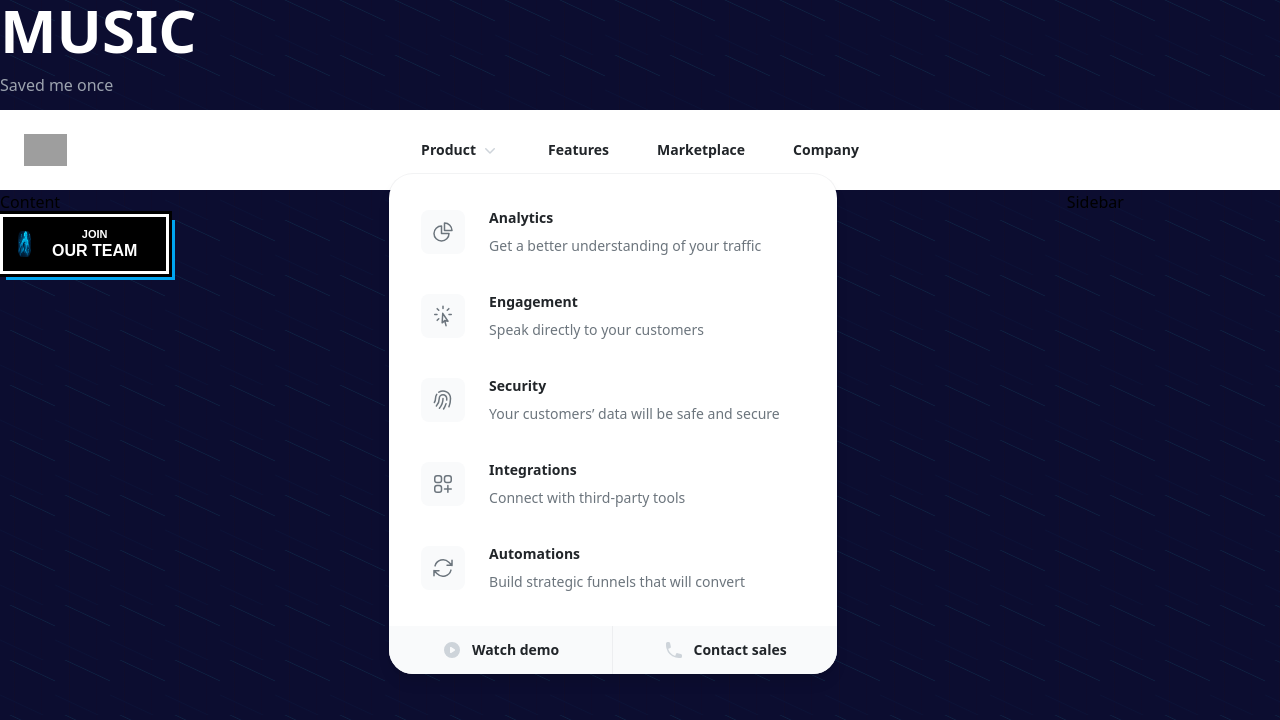
Repository: ItsMe-Pal/something
Page: index.html
The author's editor kept a copy of each file at every save. The page is drawn from the files as they stood at one save, then again after the next save.
The browser window is 1280 px wide. The pictures show the whole page.
Pictures or frames that could not be fetched are drawn as grey boxes. The style sheet was rebuilt from its Sass, Less or Tailwind sources for each picture, by a compiler version that may differ from the author's.

Above is the page before, as saved 2025-06-22 18:48:08.

### index.html
<!DOCTYPE html>
<html lang="en">
<head>
    <meta charset="UTF-8">
    <meta name="viewport" content="width=device-width, initial-scale=1.0">
    <title></title>

    <link rel="stylesheet" href="/manifest.json">

    <script src="https://cdn.jsdelivr.net/npm/@tailwindcss/browser@4"></script>
    <script src="https://code.jquery.com/jquery-3.7.1.js" integrity="sha256-eKhayi8LEQwp4NKxN+CfCh+3qOVUtJn3QNZ0TciWLP4=" crossorigin="anonymous"></script>

    <link rel="stylesheet" href="/styles/main.css">
</head>
<body>
    <div id="bg">

    <div class="relative flex gap-[2%] flex-wrap content-start">
        <div class="w-full h-[5%]">

                <span class="word1">MUSIC</span>
                <p class="word2">Saved me once</p>
                <header class="bg-white">
                    <nav class="mx-auto flex max-w-7xl items-center justify-between p-6 lg:px-8" aria-label="Global">
                      <div class="flex lg:flex-1">
                        <a href="#" class="-m-1.5 p-1.5">
                          <span class="sr-only">Your Company</span>
                          <img class="h-8 w-auto" src="https://tailwindcss.com/plus-assets/img/logos/mark.svg?color=indigo&shade=600" alt="" />
                        </a>
                      </div>
                      <div class="flex lg:hidden">
                        <button type="button" class="-m-2.5 inline-flex items-center justify-center rounded-md p-2.5 text-gray-700">
                          <span class="sr-only">Open main menu</span>
                          <svg class="size-6" fill="none" viewBox="0 0 24 24" stroke-width="1.5" stroke="currentColor" aria-hidden="true" data-slot="icon">
                            <path stroke-linecap="round" stroke-linejoin="round" d="M3.75 6.75h16.5M3.75 12h16.5m-16.5 5.25h16.5" />
                          </svg>
                        </button>
                      </div>
                      <div class="hidden lg:flex lg:gap-x-12">
                        <div class="relative">
                          <button type="button" class="flex items-center gap-x-1 text-sm/6 font-semibold text-gray-900" aria-expanded="false">
                            Product
                            <svg class="size-5 flex-none text-gray-400" viewBox="0 0 20 20" fill="currentColor" aria-hidden="true" data-slot="icon">
                              <path fill-rule="evenodd" d="M5.22 8.22a.75.75 0 0 1 1.06 0L10 11.94l3.72-3.72a.75.75 0 1 1 1.06 1.06l-4.25 4.25a.75.75 0 0 1-1.06 0L5.22 9.28a.75.75 0 0 1 0-1.06Z" clip-rule="evenodd" />
                            </svg>
                          </button>


                          <div class="absolute top-full -left-8 z-50 mt-3 w-screen max-w-md overflow-hidden rounded-3xl bg-white shadow-lg ring-1 ring-gray-900/5">
                            <div class="p-4">
                              <div class="group relative flex items-center gap-x-6 rounded-lg p-4 text-sm/6 hover:bg-gray-50">
                                <div class="flex size-11 flex-none items-center justify-center rounded-lg bg-gray-50 group-hover:bg-white">
                                  <svg class="size-6 text-gray-600 group-hover:text-indigo-600" fill="none" viewBox="0 0 24 24" stroke-width="1.5" stroke="currentColor" aria-hidden="true" data-slot="icon">
                                    <path stroke-linecap="round" stroke-linejoin="round" d="M10.5 6a7.5 7.5 0 1 0 7.5 7.5h-7.5V6Z" />
                                    <path stroke-linecap="round" stroke-linejoin="round" d="M13.5 10.5H21A7.5 7.5 0 0 0 13.5 3v7.5Z" />
                                  </svg>
                                </div>
                                <div class="flex-auto">
                                  <a href="#" class="block font-semibold text-gray-900">
                                    Analytics
                                    <span class="absolute inset-0"></span>
                                  </a>
                                  <p class="mt-1 text-gray-600">Get a better understanding of your traffic</p>
                                </div>
                              </div>
                              <div class="group relative flex items-center gap-x-6 rounded-lg p-4 text-sm/6 hover:bg-gray-50">
                                <div class="flex size-11 flex-none items-center justify-center rounded-lg bg-gray-50 group-hover:bg-white">
                                  <svg class="size-6 text-gray-600 group-hover:text-indigo-600" fill="none" viewBox="0 0 24 24" stroke-width="1.5" stroke="currentColor" aria-hidden="true" data-slot="icon">
                                    <path stroke-linecap="round" stroke-linejoin="round" d="M15.042 21.672 13.684 16.6m0 0-2.51 2.225.569-9.47 5.227 7.917-3.286-.672ZM12 2.25V4.5m5.834.166-1.591 1.591M20.25 10.5H18M7.757 14.743l-1.59 1.59M6 10.5H3.75m4.007-4.243-1.59-1.59" />
                                  </svg>
                                </div>
                                <div class="flex-auto">
                                  <a href="#" class="block font-semibold text-gray-900">
                                    Engagement
                                    <span class="absolute inset-0"></span>
                                  </a>
                                  <p class="mt-1 text-gray-600">Speak directly to your customers</p>
                                </div>
                              </div>
                              <div class="group relative flex items-center gap-x-6 rounded-lg p-4 text-sm/6 hover:bg-gray-50">
                                <div class="flex size-11 flex-none items-center justify-center rounded-lg bg-gray-50 group-hover:bg-white">
                                  <svg class="size-6 text-gray-600 group-hover:text-indigo-600" fill="none" viewBox="0 0 24 24" stroke-width="1.5" stroke="currentColor" aria-hidden="true" data-slot="icon">
                                    <path stroke-linecap="round" stroke-linejoin="round" d="M7.864 4.243A7.5 7.5 0 0 1 19.5 10.5c0 2.92-.556 5.709-1.568 8.268M5.742 6.364A7.465 7.465 0 0 0 4.5 10.5a7.464 7.464 0 0 1-1.15 3.993m1.989 3.559A11.209 11.209 0 0 0 8.25 10.5a3.75 3.75 0 1 1 7.5 0c0 .527-.021 1.049-.064 1.565M12 10.5a14.94 14.94 0 0 1-3.6 9.75m6.633-4.596a18.666 18.666 0 0 1-2.485 5.33" />
                                  </svg>
                                </div>
                                <div class="flex-auto">
                                  <a href="#" class="block font-semibold text-gray-900">
                                    Security
                                    <span class="absolute inset-0"></span>
                                  </a>
                                  <p class="mt-1 text-gray-600">Your customers’ data will be safe and secure</p>
                                </div>
                              </div>
                              <div class="group relative flex items-center gap-x-6 rounded-lg p-4 text-sm/6 hover:bg-gray-50">
                                <div class="flex size-11 flex-none items-center justify-center rounded-lg bg-gray-50 group-hover:bg-white">
                                  <svg class="size-6 text-gray-600 group-hover:text-indigo-600" fill="none" viewBox="0 0 24 24" stroke-width="1.5" stroke="currentColor" aria-hidden="true" data-slot="icon">
                                    <path stroke-linecap="round" stroke-linejoin="round" d="M13.5 16.875h3.375m0 0h3.375m-3.375 0V13.5m0 3.375v3.375M6 10.5h2.25a2.25 2.25 0 0 0 2.25-2.25V6a2.25 2.25 0 0 0-2.25-2.25H6A2.25 2.25 0 0 0 3.75 6v2.25A2.25 2.25 0 0 0 6 10.5Zm0 9.75h2.25A2.25 2.25 0 0 0 10.5 18v-2.25a2.25 2.25 0 0 0-2.25-2.25H6a2.25 2.25 0 0 0-2.25 2.25V18A2.25 2.25 0 0 0 6 20.25Zm9.75-9.75H18a2.25 2.25 0 0 0 2.25-2.25V6A2.25 2.25 0 0 0 18 3.75h-2.25A2.25 2.25 0 0 0 13.5 6v2.25a2.25 2.25 0 0 0 2.25 2.25Z" />
                                  </svg>
                                </div>
                                <div class="flex-auto">
                                  <a href="#" class="block font-semibold text-gray-900">
                                    Integrations
                                    <span class="absolute inset-0"></span>
                                  </a>
                                  <p class="mt-1 text-gray-600">Connect with third-party tools</p>
                                </div>
                              </div>
                              <div class="group relative flex items-center gap-x-6 rounded-lg p-4 text-sm/6 hover:bg-gray-50">
                                <div class="flex size-11 flex-none items-center justify-center rounded-lg bg-gray-50 group-hover:bg-white">
                                  <svg class="size-6 text-gray-600 group-hover:text-indigo-600" fill="none" viewBox="0 0 24 24" stroke-width="1.5" stroke="currentColor" aria-hidden="true" data-slot="icon">
                                    <path stroke-linecap="round" stroke-linejoin="round" d="M16.023 9.348h4.992v-.001M2.985 19.644v-4.992m0 0h4.992m-4.993 0 3.181 3.183a8.25 8.25 0 0 0 13.803-3.7M4.031 9.865a8.25 8.25 0 0 1 13.803-3.7l3.181 3.182m0-4.991v4.99" />
                                  </svg>
                                </div>
                                <div class="flex-auto">
                                  <a href="#" class="block font-semibold text-gray-900">
                                    Automations
                                    <span class="absolute inset-0"></span>
                                  </a>
                                  <p class="mt-1 text-gray-600">Build strategic funnels that will convert</p>
                                </div>
                              </div>
                            </div>
                            <div class="grid grid-cols-2 divide-x divide-gray-900/5 bg-gray-50">
                              <a href="#" class="flex items-center justify-center gap-x-2.5 p-3 text-sm/6 font-semibold text-gray-900 hover:bg-gray-100">
                                <svg class="size-5 flex-none text-gray-400" viewBox="0 0 20 20" fill="currentColor" aria-hidden="true" data-slot="icon">
                                  <path fill-rule="evenodd" d="M2 10a8 8 0 1 1 16 0 8 8 0 0 1-16 0Zm6.39-2.908a.75.75 0 0 1 .766.027l3.5 2.25a.75.75 0 0 1 0 1.262l-3.5 2.25A.75.75 0 0 1 8 12.25v-4.5a.75.75 0 0 1 .39-.658Z" clip-rule="evenodd" />
                                </svg>
                                Watch demo
                              </a>
                              <a href="#" class="flex items-center justify-center gap-x-2.5 p-3 text-sm/6 font-semibold text-gray-900 hover:bg-gray-100">
                                <svg class="size-5 flex-none text-gray-400" viewBox="0 0 20 20" fill="currentColor" aria-hidden="true" data-slot="icon">
                                  <path fill-rule="evenodd" d="M2 3.5A1.5 1.5 0 0 1 3.5 2h1.148a1.5 1.5 0 0 1 1.465 1.175l.716 3.223a1.5 1.5 0 0 1-1.052 1.767l-.933.267c-.41.117-.643.555-.48.95a11.542 11.542 0 0 0 6.254 6.254c.395.163.833-.07.95-.48l.267-.933a1.5 1.5 0 0 1 1.767-1.052l3.223.716A1.5 1.5 0 0 1 18 15.352V16.5a1.5 1.5 0 0 1-1.5 1.5H15c-1.149 0-2.263-.15-3.326-.43A13.022 13.022 0 0 1 2.43 8.326 13.019 13.019 0 0 1 2 5V3.5Z" clip-rule="evenodd" />
                                </svg>
                                Contact sales
                              </a>
                            </div>
                          </div>
                        </div>

                        <a href="#" class="text-sm/6 font-semibold text-gray-900">Features</a>
                        <a href="#" class="text-sm/6 font-semibold text-gray-900">Marketplace</a>
                        <a href="#" class="text-sm/6 font-semibold text-gray-900">Company</a>
                      </div>
                      <div class="hidden lg:flex lg:flex-1 lg:justify-end">

                       </div>
                    </nav>

                  </header>
        </div>
        <div class="grow h-3/4">Content</div>
        <div class="w-1/6 h-3/4">Sidebar</div>
        <div class="w-full h-[5%]">
            <button class="brutalist-button">
                <div class="-logo">
                    <img class="-logo-icon" src="/imgs/icons/icon-512x512.png" alt="">
                </div>
                <div class="button-text">
                    <a href="http://">
                        <span>Join</span>
                        <span>Our team</span>
                    </a>
                </div>
              </button>

        </div>
      </div>

    </div>
    <script src="/src/main.js"></script>




</body>
</html>

### styles/main.scss
@use "./customs.scss";


#bg {
    position: relative;
    width: 100%;
    height: 100vh;
    --color: #001f3fe8;
    background-color: #001d33;
    background-image: linear-gradient(205deg, transparent 24%, var(--color) 25%, #0e7e87 26%, transparent 27%, transparent 74%, rgba(0, 58, 86, 0.9098039216) 75%, var(--color) 76%, transparent 77%, transparent), linear-gradient(90deg, transparent 24%, var(--color) 25%, rgba(27, 26, 17, 0.9098039216) 26%, transparent 27%, transparent 74%, rgba(19, 18, 19, 0.9098039216) 75%, var(--color) 76%, transparent 77%, transparent);
    background-size: 55px 55px;
  }
#bg:before {
    content: "";
    position: absolute;
    left: 0;
    top: 0;
    width: 100%;
    background-color: #100930c9;
    height: 100%;
}
  .word1 {
    font-size: 3.75rem;
    line-height: 1;
    font-weight: 700;
    color: #fff
  }
  .word2 {
    margin-top: 0.75rem;
    margin-bottom: 0.75rem;
    line-height: 1.625;
    color: rgba(156, 163, 175, 1);
  }


  /* From Uiverse.io by 0xnihilism */
.brutalist-button {
    display: flex;
    align-items: center;
    cursor: pointer;
    width: 169px;
    height: 60px;
    background-color: #000;
    color: #fff;
    text-decoration: none;
    font-family: Arial, sans-serif;
    font-weight: bold;
    border: 3px solid #fff;
    outline: 3px solid #000;
    box-shadow: 6px 6px 0 #00a4ef;
    transition: all 0.1s ease-out;
    padding: 0 15px;
    box-sizing: border-box;
    position: relative;
    overflow: hidden;
  }

  .brutalist-button::before {
    content: "";
    position: absolute;
    top: 0;
    left: -100%;
    width: 100%;
    height: 100%;
    background: linear-gradient(
      90deg,
      transparent,
      rgba(255, 255, 255, 0.8),
      transparent
    );
    z-index: 1;
    transition: none;
    /* Initially hide the pseudo-element */
    opacity: 0;
  }

  @keyframes slide {
    0% {
      left: -100%;
    }
    100% {
      left: 100%;
    }
  }

  .brutalist-button:hover::before {
    /* Show the pseudo-element on hover */
    opacity: 1;
    animation: slide 2s infinite;
  }

  .brutalist-button:hover {
    transform: translate(-4px, -4px);
    box-shadow: 10px 10px 0 #000;
    background-color: #000;
    color: #fff;
  }

  @keyframes slide {
    0% {
      left: -100%;
    }
    100% {
      left: 100%;
    }
  }

  .brutalist-button:active {
    transform: translate(4px, 4px);
    box-shadow: 0px 0px 0 #00a4ef;
    background-color: #fff;
    color: #000;
    border-color: #000;
  }

  /* Rest of the CSS remains the same */

  .-logo {
    display: grid;
    grid-template-columns: repeat(2, 1fr);
    gap: 1px;
    width: 26px;
    height: 26px;
    margin-right: 8px;
    flex-shrink: 0;
    transition: transform 0.2s ease-out;
    position: relative;
    z-index: 1;
  }

  .brutalist-button:hover .-logo {
    transform: rotate(-10deg) scale(1.1);
  }

  .brutalist-button:active .-logo {
    transform: rotate(10deg) scale(0.9);
  }

  .-logo-icon {
    border-radius: 30%;
    width: 100%;
    height: 100%;
  }


  .button-text {
    display: flex;
    flex-direction: column;
    line-height: 1.2;
    transition: transform 0.2s ease-out;
    position: relative;
    z-index: 1;
  }

  .brutalist-button:hover .button-text {
    transform: skew(-5deg);
  }

  .brutalist-button:active .button-text {
    transform: skew(5deg);
  }

  .button-text span:first-child {
    font-size: 11px;
    text-transform: uppercase;
    display: block;
  }

  .button-text span:last-child {
    font-size: 16px;
    text-transform: uppercase;
  }

Loaded but not shown: manifest.json (58 lines, source omitted); src/main.js (6 lines, source omitted); styles/customs.scss (846 lines, source omitted)

After the next save:
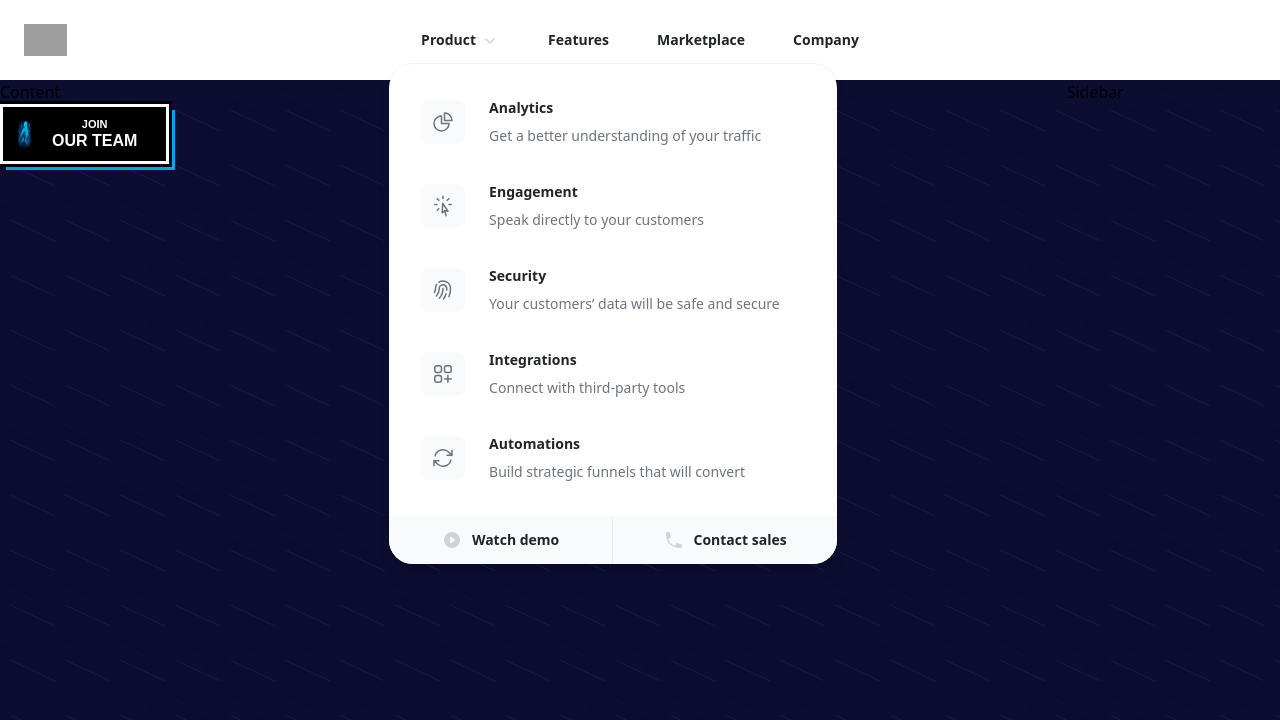
Saved 5 s later.
--- a/index.html
+++ b/index.html
@@ -18,8 +18,7 @@
     <div class="relative flex gap-[2%] flex-wrap content-start">
         <div class="w-full h-[5%]">
 
-                <span class="word1">MUSIC</span>
-                <p class="word2">Saved me once</p>
+
                 <header class="bg-white">
                     <nav class="mx-auto flex max-w-7xl items-center justify-between p-6 lg:px-8" aria-label="Global">
                       <div class="flex lg:flex-1">
